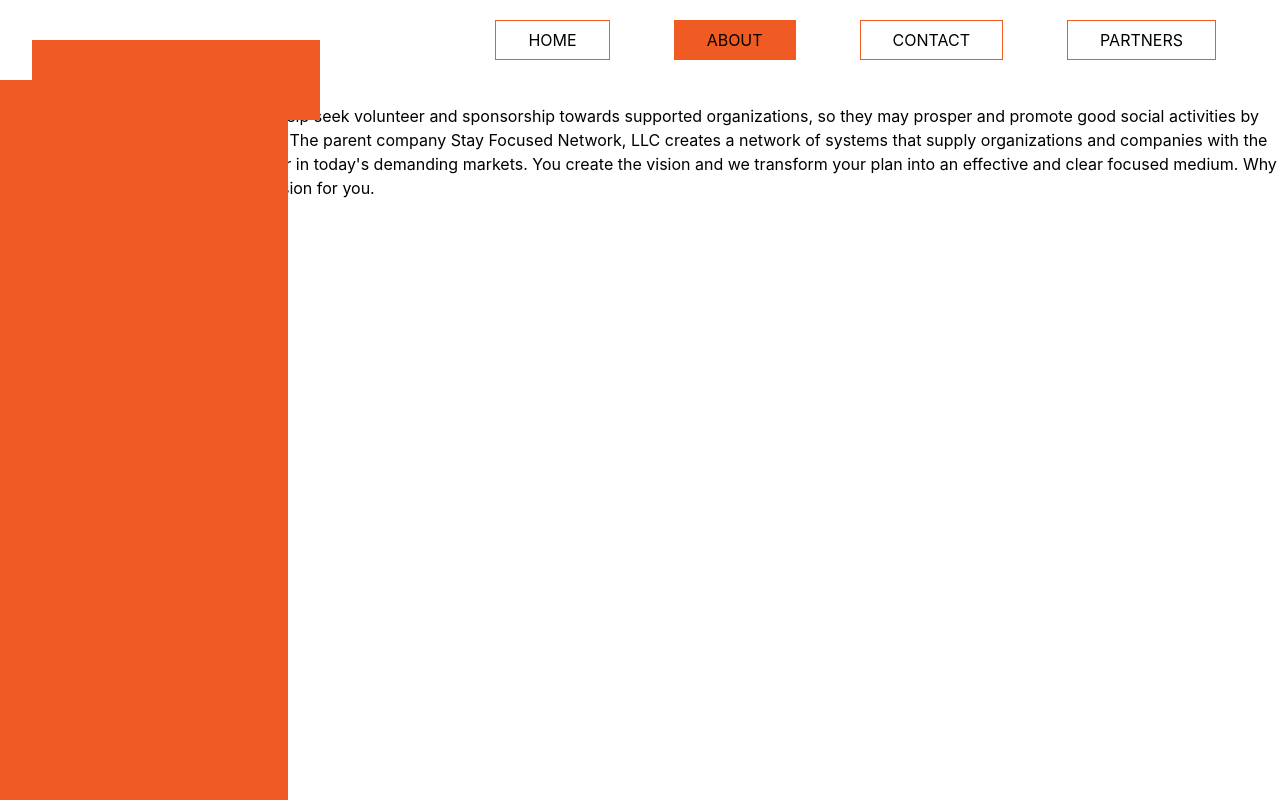
Repository: legenddev1202/whyclicktv
Page: /about
These files come from the project's save history. The page is drawn as it stood at one moment and after the next save; the edit follows.
The browser window is 1280 px wide. The pictures show the whole page.
The project was rebuilt for these pictures with package versions that can differ from the ones it lists, and the page was loaded fresh each time. Also part of the build but not shown: src/pages/home.js, src/App.css.

Above is the page before, as saved 2022-03-31 09:06:57.

### src/index.css
@tailwind base;
@tailwind components;
@tailwind utilities;

body {
  margin: 0;
  font-family: -apple-system, BlinkMacSystemFont, "Segoe UI", "Roboto", "Oxygen",
    "Ubuntu", "Cantarell", "Fira Sans", "Droid Sans", "Helvetica Neue",
    sans-serif;
  -webkit-font-smoothing: antialiased;
  -moz-osx-font-smoothing: grayscale;
  height: 100%;
  min-height: 500px;
}

code {
  font-family: source-code-pro, Menlo, Monaco, Consolas, "Courier New",
    monospace;
}

### src/App.js
import { Routes, Route, Link } from "react-router-dom";
import Home from "./pages/home";
import About from "./pages/about";
import "./App.css";

function App() {
  return (
    <Routes>
      <Route path="/" element={<Home />} />
      <Route path="about" element={<About />} />
    </Routes>
  );
}

export default App;

### src/pages/about.js
import React from "react";
import { Routes, Route, Link } from "react-router-dom";

function About() {
  return (
    <div>
      <div className="bg-transparent w-full h-20 flex items-center px-8 justify-between z-0">
        <div>
          <div
            className="absolute w-72 h-20"
            style={{ backgroundColor: "#F05A23" }}
          ></div>
        </div>
        <div className="bg-transparent">
          <button
            className="h-10 px-8 mx-8 border"
            style={{ borderColor: "#F05A23" }}
          >
            <Link to="/">HOME</Link>
          </button>
          <button
            className="h-10 px-8 mx-8 border"
            style={{ borderColor: "#F05A23", backgroundColor: "#F05A23" }}
          >
            <Link to="/about">ABOUT</Link>
          </button>
          <button
            className="h-10 px-8 mx-8 border"
            style={{ borderColor: "#F05A23" }}
          >
            <Link to="/contact">CONTACT</Link>
          </button>
          <button
            className="h-10 px-8 mx-8 border"
            style={{ borderColor: "#F05A23" }}
          >
            <Link to="/contact">PARTNERS</Link>
          </button>
        </div>
      </div>
      <div
        className="absolute w-72 h-full left-0 z-10"
        style={{ backgroundColor: "#F05A23" }}
      ></div>
      <div className="flex justify-between z-20">
        <div className="w-72 h-72 bg-red-300">IMAGE HERE</div>
        <div>
          <div>ABOUT</div>
          <div>
            WhyClick's mission is to help seek volunteer and sponsorship towards
            supported organizations, so they may prosper and promote good social
            activities by means of communication. The parent company Stay
            Focused Network, LLC creates a network of systems that supply
            organizations and companies with the tools necessary to prosper in
            today's demanding markets. You create the vision and we transform
            your plan into an effective and clear focused medium. Why we click
            has a tethered vision for you.
          </div>
        </div>
      </div>
    </div>
  );
}

export default About;

Loaded but not shown: public/index.html (common file); src/index.js (common file); src/reportWebVitals.js (common file); tailwind.config.js (common file)

After the next save:
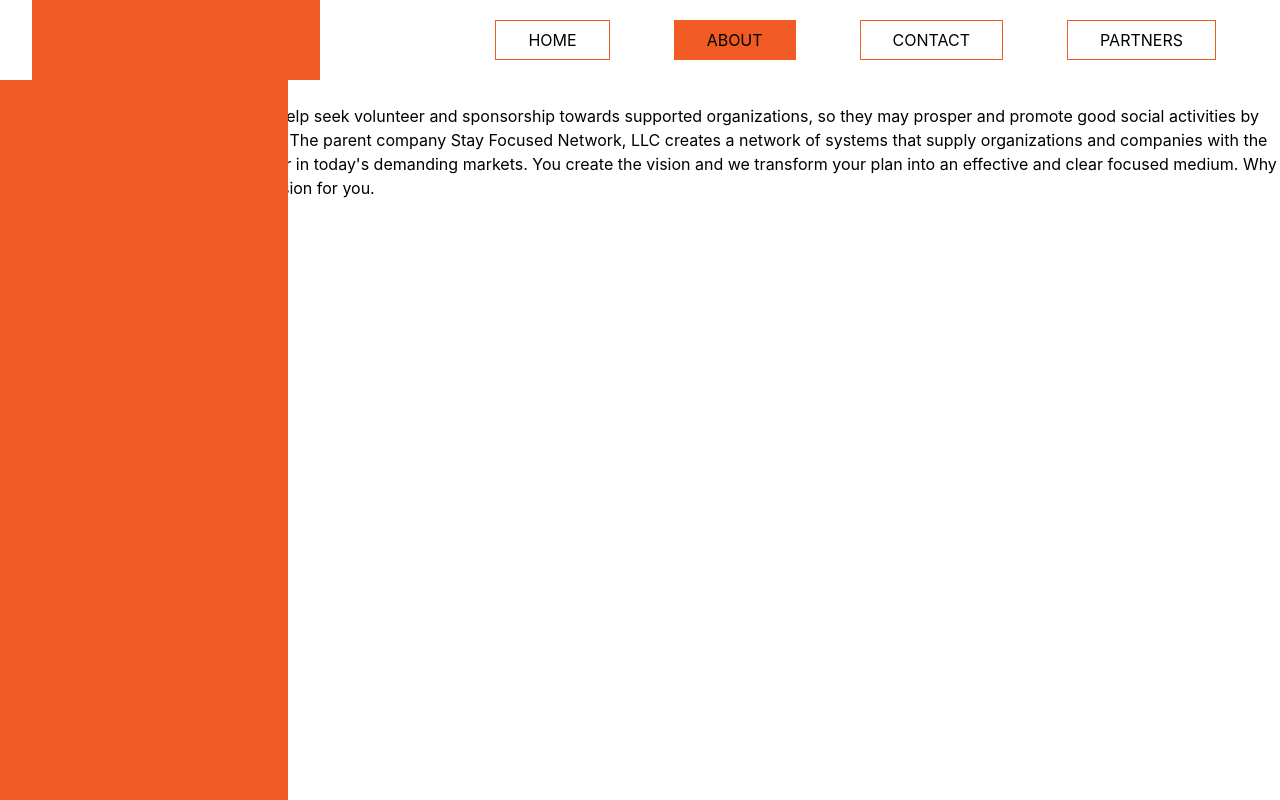
Saved 8 s later.
--- a/src/pages/about.js
+++ b/src/pages/about.js
@@ -7,7 +7,7 @@ function About() {
       <div className="bg-transparent w-full h-20 flex items-center px-8 justify-between z-0">
         <div>
           <div
-            className="absolute w-72 h-20"
+            className="absolute w-72 h-20 top-0"
             style={{ backgroundColor: "#F05A23" }}
           ></div>
         </div>
